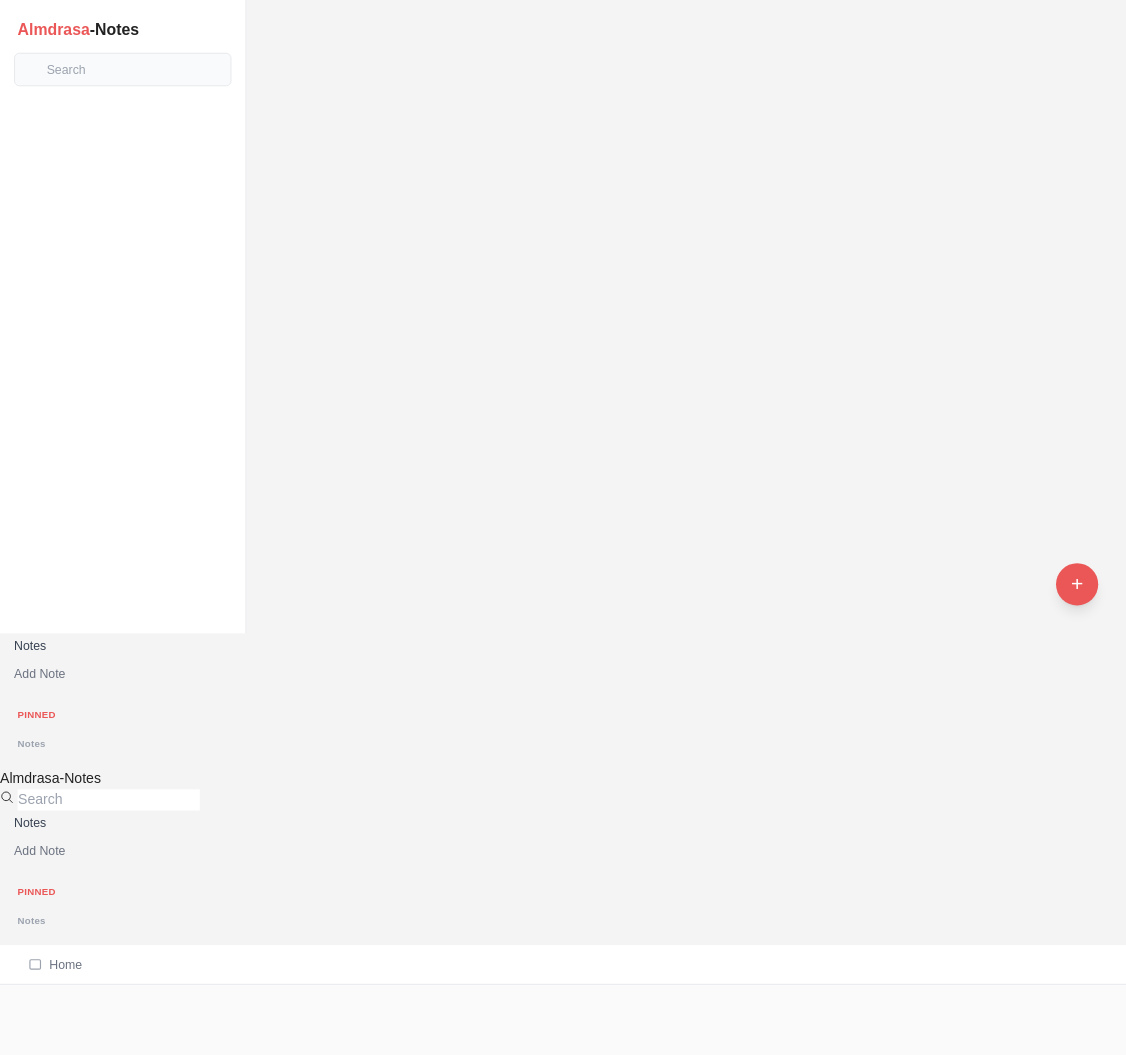
Repository: wafaa399/Note-App
Page: index.html
The author's editor kept a copy of each file at every save. The page is drawn from the files as they stood at one save, then again after the next save.
The browser window is 1280 px wide. The pictures show the whole page, at 88% of full size.
Some web libraries are served in a nearby version.

Above is the page before, as saved 2026-07-16 18:31:44.

After the next save:
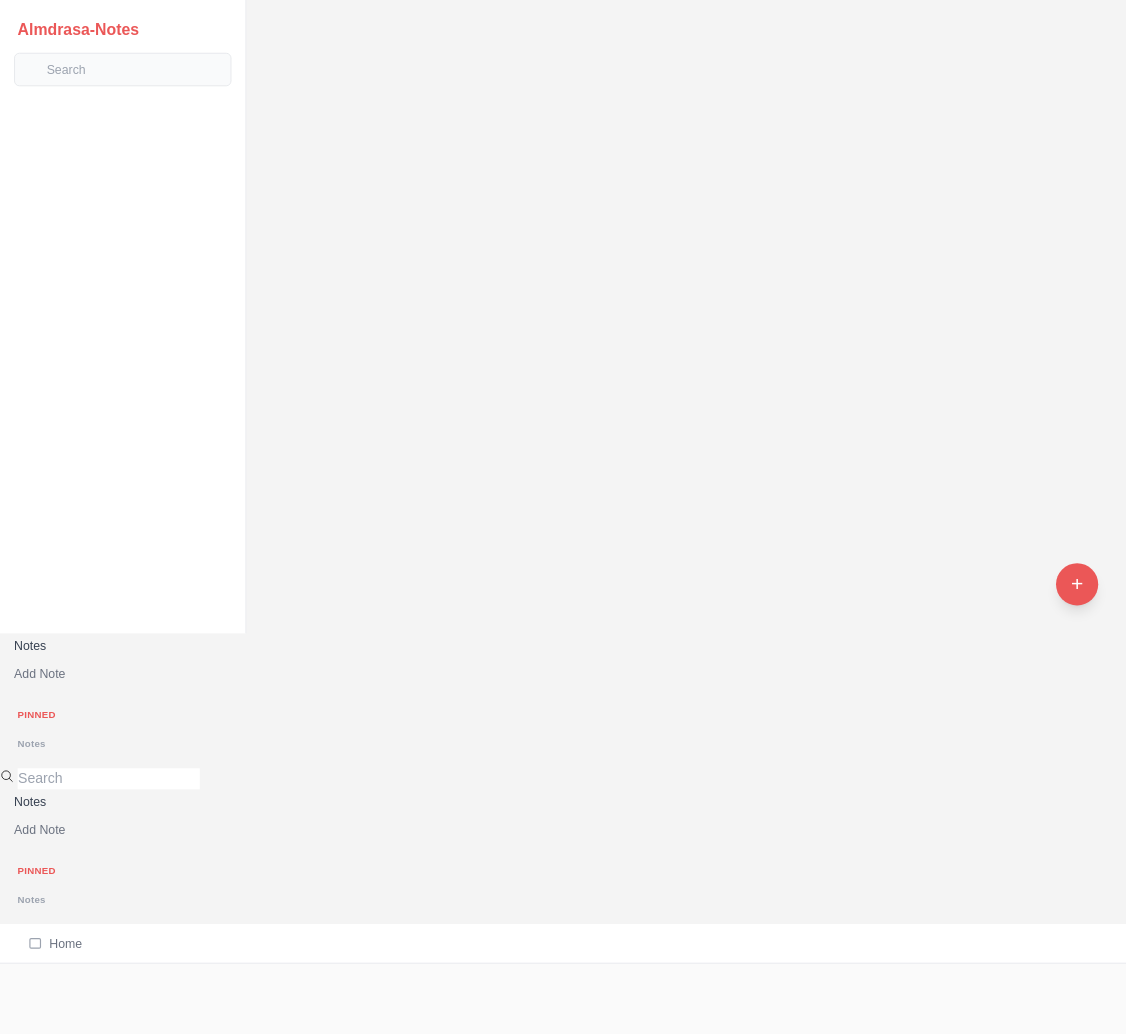
Saved 72 s later.
--- a/index.html
+++ b/index.html
@@ -41,7 +41,7 @@
   <!-- Sidebar -->
   <aside class="w-[280px] shrink-0 bg-white border-r border-gray-200 flex flex-col">
     <div class="px-5 pt-5 pb-3">
-      <h1 class="text-lg font-bold"><span class="text-[#EB5757]">Almdrasa</span>-Notes</h1>
+      <h1 class="text-lg font-bold"><span class="text-[#EB5757]">Almdrasa-Notes</span></h1>
     </div>
     <div class="px-4 pb-3">
         <input id="searchInput" type="text" placeholder="Search"
@@ -119,12 +119,7 @@
 
 
 
-    <div class="app">
-      <!--Side Bar-->
-      <aside class="sidebar">
-        <div class="sidebar-logo"><span>Almdrasa-Notes</span></div>
-        <div class="sidebar-search">
-          <div class="search-wrap">
+
             <label for="searchInput" class="search-label">
               <ion-icon name="search-outline"></ion-icon>
             </label>
